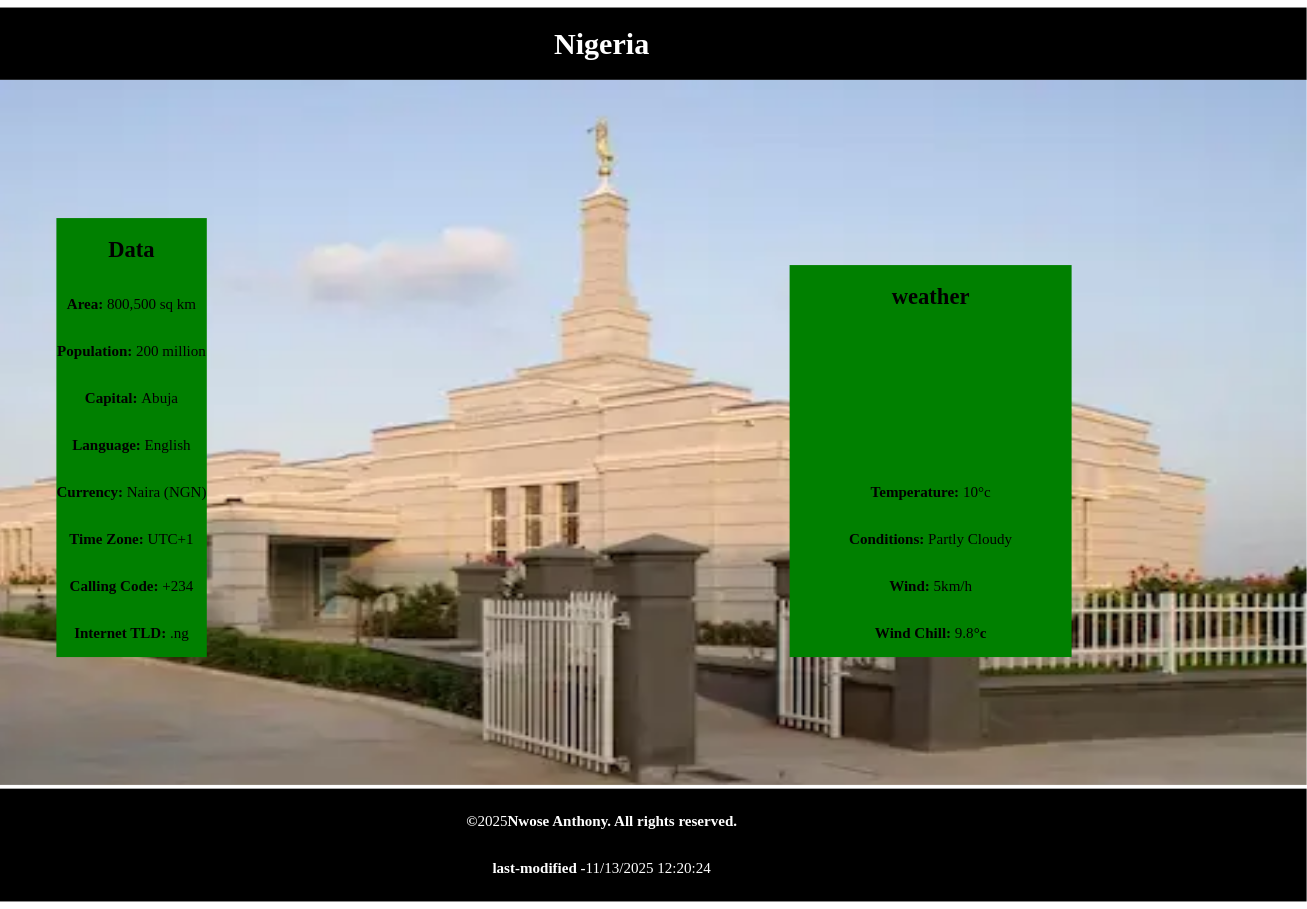
Repository: NoblesNigeria/wdd131
Page: place.html
These files come from the project's save history. The page is drawn as it stood at one moment and after a run of saves; the edit follows.
The browser window is 1280 px wide. The page is 1390 px wide, so the pictures cover 1390 px, including what lies to the right of the window. The pictures show the whole page, at 94% of full size.

Above is the page before, as saved 2025-11-13 17:53:36.

### place.html
<!DOCTYPE html>
<html lang="en">
<head>
    <meta charset="UTF-8">
    <meta name="viewport" content="width=device-width, initial-scale=1.0">
    <meta name="description" content="This page is showing the weather conditions of the temple area in Nigeria.">
    <meta name="author" content="Nwose Anthony">
    <title>country page</title>
    <link rel="stylesheet" href="styles/place.css">
    <link rel="stylesheet" href="styles/place-large.css" >
    <script src="scripts/place.js" defer></script>
    <link rel="preconnect" href="https://fonts.googleapis.com">
    <link rel="preconnect" href="https://fonts.gstatic.com" crossorigin>
    <link href="https://fonts.googleapis.com/css2?family=Roboto:wght@400;700&display=swap" rel="stylesheet">
</head>
<body>
    <header>
         <h1>Nigeria</h1>
    </header>
    <main>
        <div>
            <picture class="hero">
                <source srcset="images/hero-large.webp" media="max-width: 1000px">
                <source srcset="images/hero-medium.webp" media="max-width: 550px">
                <img src="images/hero-small.webp" alt="Aba Nigeria Temple" width="1500" height="750">
            </picture>
            <figure class="content">
                <h2>weather</h2>
                <object type=""></object>
                <p>Temperature: <span id="temperature"></span></p>
                <p>Conditions: <span id="conditions"></span></p>
                <p>Wind: <span id="wind-speed"></span></p>
                <p>Wind Chill: <span id="wind-chill"></span>°c</p>
            </figure>
            <figure class="place-info">
                <h2>Data</h2>
                <p>Area: <span>800,500 sq km</span></p>
                <p>Population: <span>200 million</span></p>
                <p>Capital: <span>Abuja</span></p>
                <p>Language: <span>English</span></p>
                <p>Currency: <span>Naira (NGN)</span></p>
                <p>Time Zone: <span>UTC+1</span></p>
                <p>Calling Code: <span>+234</span></p>
                <p>Internet TLD: <span>.ng</span></p>
            </figure>
        </div>
    </main>
    <footer>
        <p>&copy;  <span id="current-year"></span> Nwose Anthony. All rights reserved.</p>
        <p>last-modified - <span id="last-modified"></span></p>
    </footer>
</body>
</html>

### styles/place.css
body{
        display: grid;
        grid-template-columns: 1fr;
        justify-content: center;

    }
    header{
    display: flex;
    justify-content: center;
    padding: var(--padding);
    font-size: 2rem;
    color: white;
    align-items: center;
    background-color: black;
}

.content{
    display: flex;
    flex-direction: column;
    justify-content: center;
    align-items: center;
    background-color: green;
}
.place-info{
    display: flex;
    flex-direction: column;
    justify-content: center;
    align-items: center;
    font-size: var(--font-size);
    background-color: green;
}
.content img::after{
    top: 20px;
    right: 5px;
    position: absolute;
}

footer{
    display: flex;
    justify-content: center;
    padding: var(--padding);
    font-size: 1rem;
    color: white;
    align-items: center;
    background-color: black;
    flex-direction: column;
}
@media (min-width:40rem){
    body{
        grid-template-columns: 1fr;

    }
    .content{
        display: flex;
        flex-direction: column;
        justify-content: center;
        align-items: center;
        background-color: green;
    }
    .place-info{
        display: flex;
        flex-direction: column;
        justify-content: center;
        align-items: center;
        font-size: var(--font-size);
        background-color: green;
    }
}

### styles/place-large.css
:root{
    --font-size: 1rem;
    --padding: 10px;

}
header h1{
    display: flex;
    justify-content: center;
    margin: 0;
    padding: var(--padding);
    font-size: 2rem;
    color: white;
    align-items: center;
}

div{
    display: grid;
    grid-template-columns: 1fr 1fr auto;
}
.hero{
    width: 100%;
    height: auto;
}
.content{
    position: absolute;
    bottom: 5px;
    left: 800px;
}
.content img{
    top: 20px;
    right: 5px;
    position: absolute;
}
p{
    font-weight: bold;
}
p span{
    font-weight: normal;
}
.place-info{
    position: absolute;
    bottom: 5px;
    left: 20px;
}

footer p{
    display: flex;
    justify-content: center;
    font-size: 1rem;
    color: white;
    align-items: center;
}

### scripts/place.js
// Set current year in footer
document.getElementById('current-year').textContent = new Date().getFullYear();
// Set last modified date in footer
document.getElementById('last-modified').textContent = document.lastModified;

let tem= "10°c";
let cond= "Partly Cloudy";
let windSpd= "5km/h";
let windChill= "9.8°c";
document.getElementById('temperature').textContent = tem;
document.getElementById('conditions').textContent = cond;
document.getElementById('wind-speed').textContent = windSpd;

function calculateWindChill(t, s) {
    let wc = 13.12 + (0.6215 * 10) - (11.37*(5**0.16 )) + (0.3965 * 10 * (5**0.16));
    return wc.toFixed(1);
}
document.getElementById('wind-chill').textContent = calculateWindChill(10, 5);

After the next 2 saves:
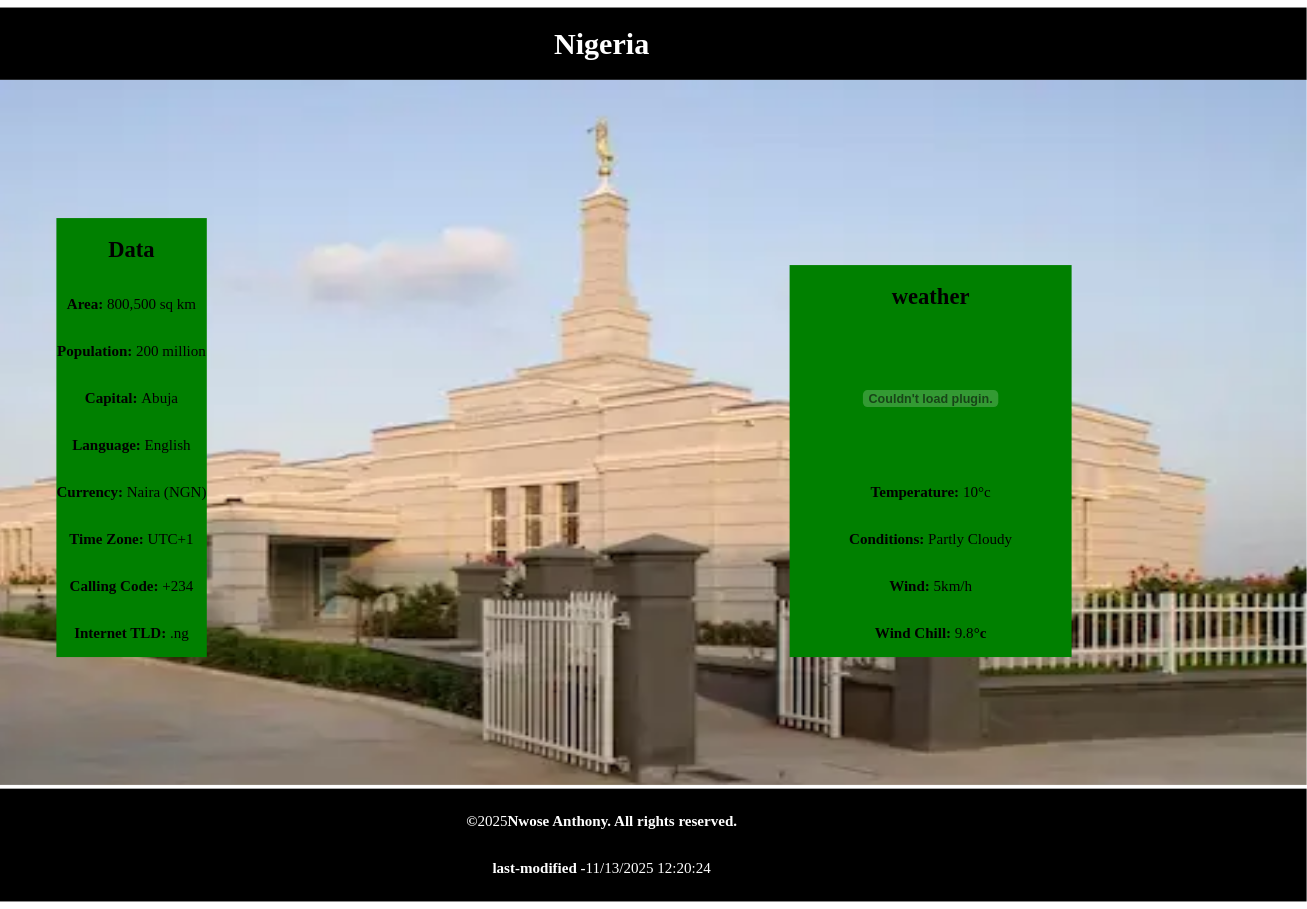
The 2 saves are shown as one change because they came seconds apart.
The last was saved 13 s later.
--- a/place.html
+++ b/place.html
@@ -26,7 +26,7 @@
             </picture>
             <figure class="content">
                 <h2>weather</h2>
-                <object type=""></object>
+                <object type="images/"></object>
                 <p>Temperature: <span id="temperature"></span></p>
                 <p>Conditions: <span id="conditions"></span></p>
                 <p>Wind: <span id="wind-speed"></span></p>
